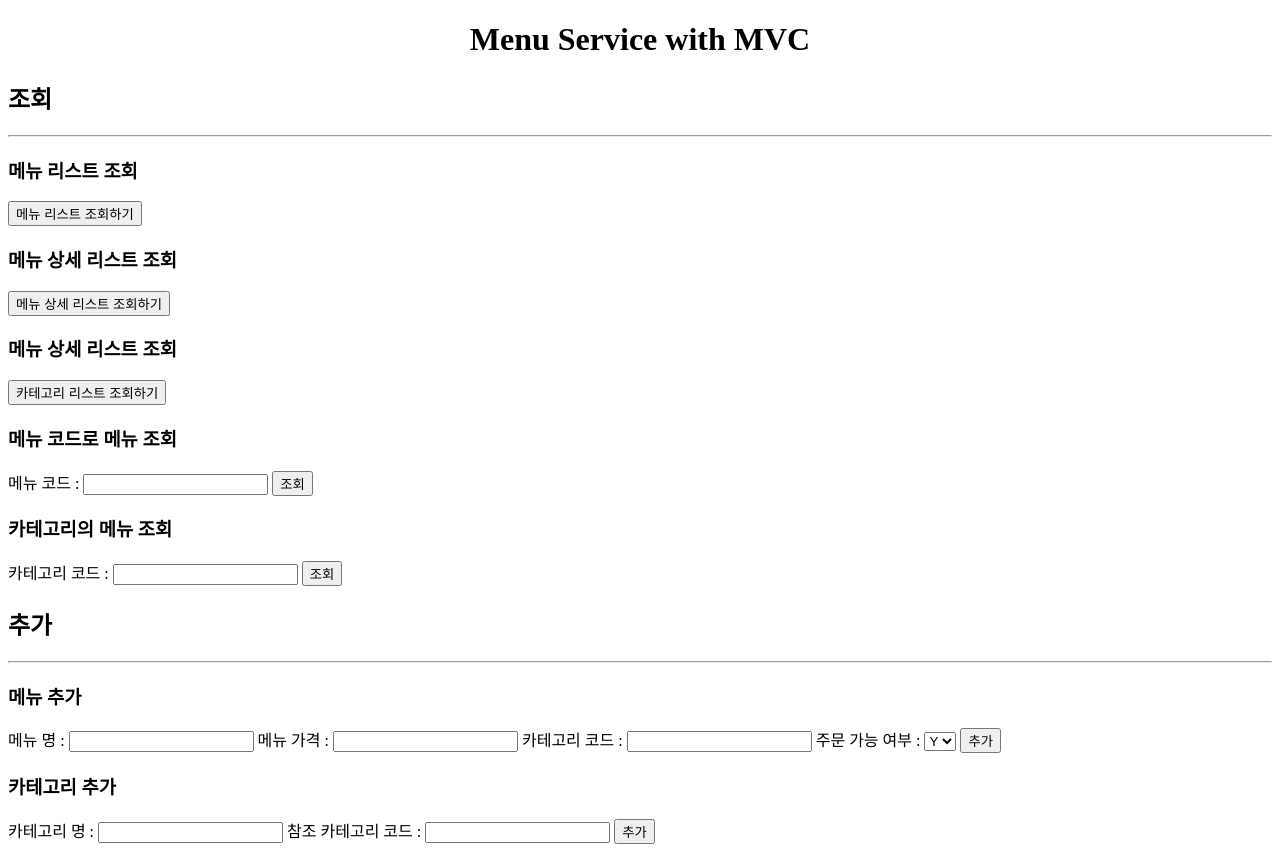
Repository: DaeyeonKim97/Menu-MVC
Page: http://localhost/menu-mvc-mybatis/
The author's editor kept a copy of each file at every save. The page is drawn from the files as they stood at one save, then again after the next save.
The browser window is 1280 px wide. The pictures show the whole page.
The page is served by Tomcat 9. Nobody is signed in. The application's start-up code is not run. Other server files are loaded and not shown.

Above is the page before, as saved 2022-08-13 08:56:25.

### menu-mvc-mybatis/src/main/webapp/index.jsp
<%@ page language="java" contentType="text/html; charset=UTF-8"
    pageEncoding="UTF-8"%>
<!DOCTYPE html>
<html>
<head>
<meta charset="UTF-8">
<title>Menu MVC</title>
</head>
<body>
	<jsp:include page="./WEB-INF/views/common/header.jsp"/>
	<h2>조회</h2>
	<hr>
	<h3>메뉴 리스트 조회</h3>
	<button onclick="location.href = '${pageContext.servletContext.contextPath}/list'">
		메뉴 리스트 조회하기
	</button>
	<h3>메뉴 상세 리스트 조회</h3>
	<button onclick="location.href = '${pageContext.servletContext.contextPath}/detail-list'">
		메뉴 상세 리스트 조회하기
	</button>
	<h3>메뉴 상세 리스트 조회</h3>
	<button onclick="location.href = '${pageContext.servletContext.contextPath}/category-list'">
		카테고리 리스트 조회하기
	</button>
	<h3>메뉴 코드로 메뉴 조회</h3>
	<form action="menuCode">
		<label>메뉴 코드 :</label>
		<input type="number" name="menuCode" id="menuCode"/>
		<button type="submit">조회</button>
	</form>
	<h3>카테고리의 메뉴 조회</h3>
	<form action="categoryCode">
		<label>카테고리 코드 : </label>
		<input type="number" name="categoryCode" id="categoryCode"/>
		<button type="submit">조회</button>
	</form>
	<h2>추가</h2>
	<hr>
	<h3>메뉴 추가</h3>
	<form action="insertMenu" method="post">
		<label>메뉴 명 :</label>
		<input type="text" name="name"/>
		<label>메뉴 가격 :</label>
		<input type="number" name="price"/>
		<label>카테고리 코드 :</label>
		<input type="text" name="categoryCode"/>
		<label>주문 가능 여부 :</label>
		<select name="orderableStatus">
			<option value="Y" selected>Y</option>
			<option value="N">N</option>
		</select>

		<input type="submit" value="추가"/>
		</form>

		<h3>카테고리 추가</h3>
	<form action="insertCategory" method="post">
		<label>카테고리 명 :</label>
		<input type="text" name="name"/>
		<label>참조 카테고리 코드 :</label>
		<input type="number" name="refCode"/>
		<input type="submit" value="추가"/>
	</form>

</body>
</html>

### menu-mvc-mybatis/src/main/webapp/WEB-INF/views/common/header.jsp
<%@ page language="java" contentType="text/html; charset=UTF-8"
    pageEncoding="UTF-8"%>
<!DOCTYPE html>
<html>
<head>
<meta charset="UTF-8">
<title>Insert title here</title>
</head>
<body>
	<h1 align="center">Menu Service with MVC</h1>
</body>
</html>

After the next save:
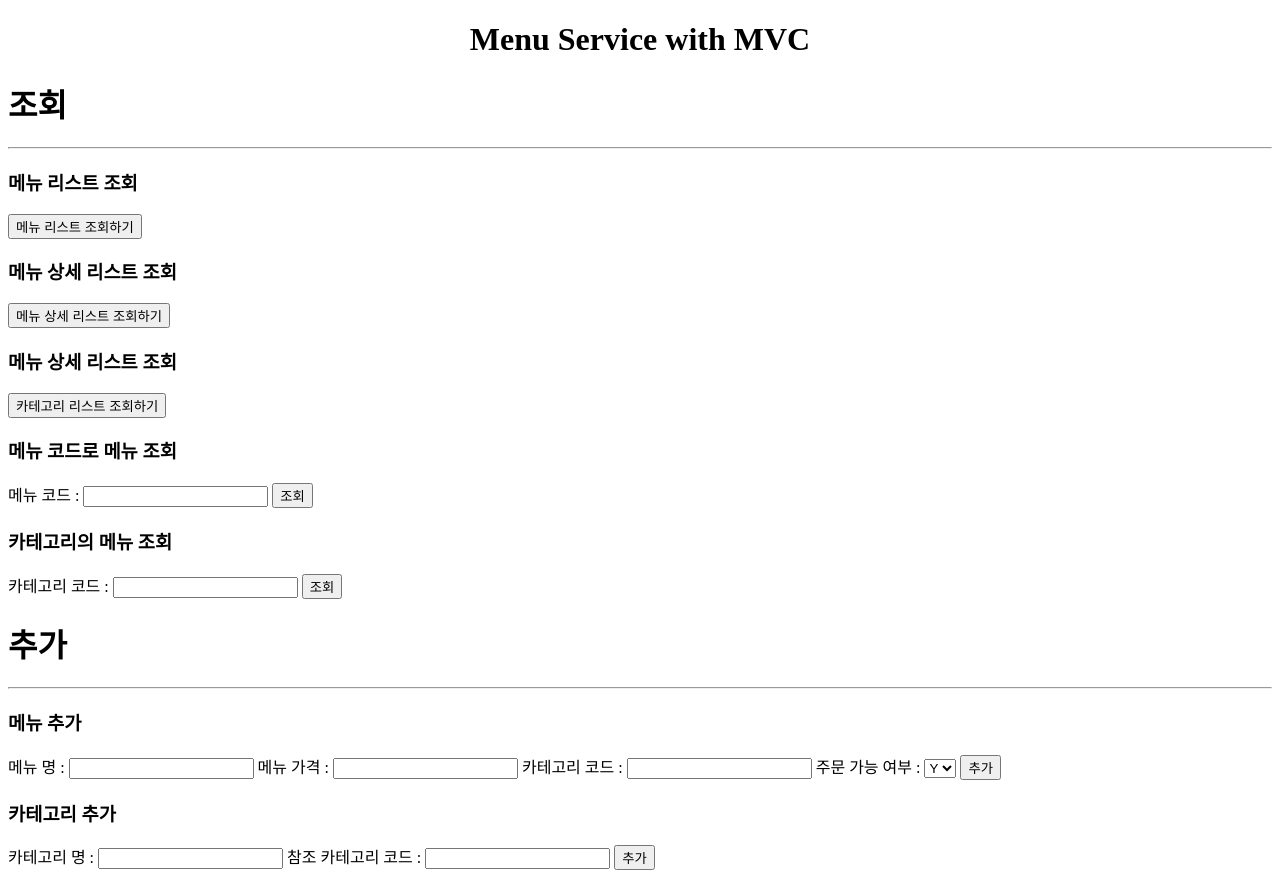
Saved 22 s later.
--- a/menu-mvc-mybatis/src/main/webapp/index.jsp
+++ b/menu-mvc-mybatis/src/main/webapp/index.jsp
@@ -8,7 +8,7 @@
 </head>
 <body>
 	<jsp:include page="./WEB-INF/views/common/header.jsp"/>
-	<h2>조회</h2>
+	<h1>조회</h1>
 	<hr>
 	<h3>메뉴 리스트 조회</h3>
 	<button onclick="location.href = '${pageContext.servletContext.contextPath}/list'">
@@ -34,7 +34,7 @@
 		<input type="number" name="categoryCode" id="categoryCode"/>
 		<button type="submit">조회</button>
 	</form>
-	<h2>추가</h2>
+	<h1>추가</h1>
 	<hr>
 	<h3>메뉴 추가</h3>
 	<form action="insertMenu" method="post">
